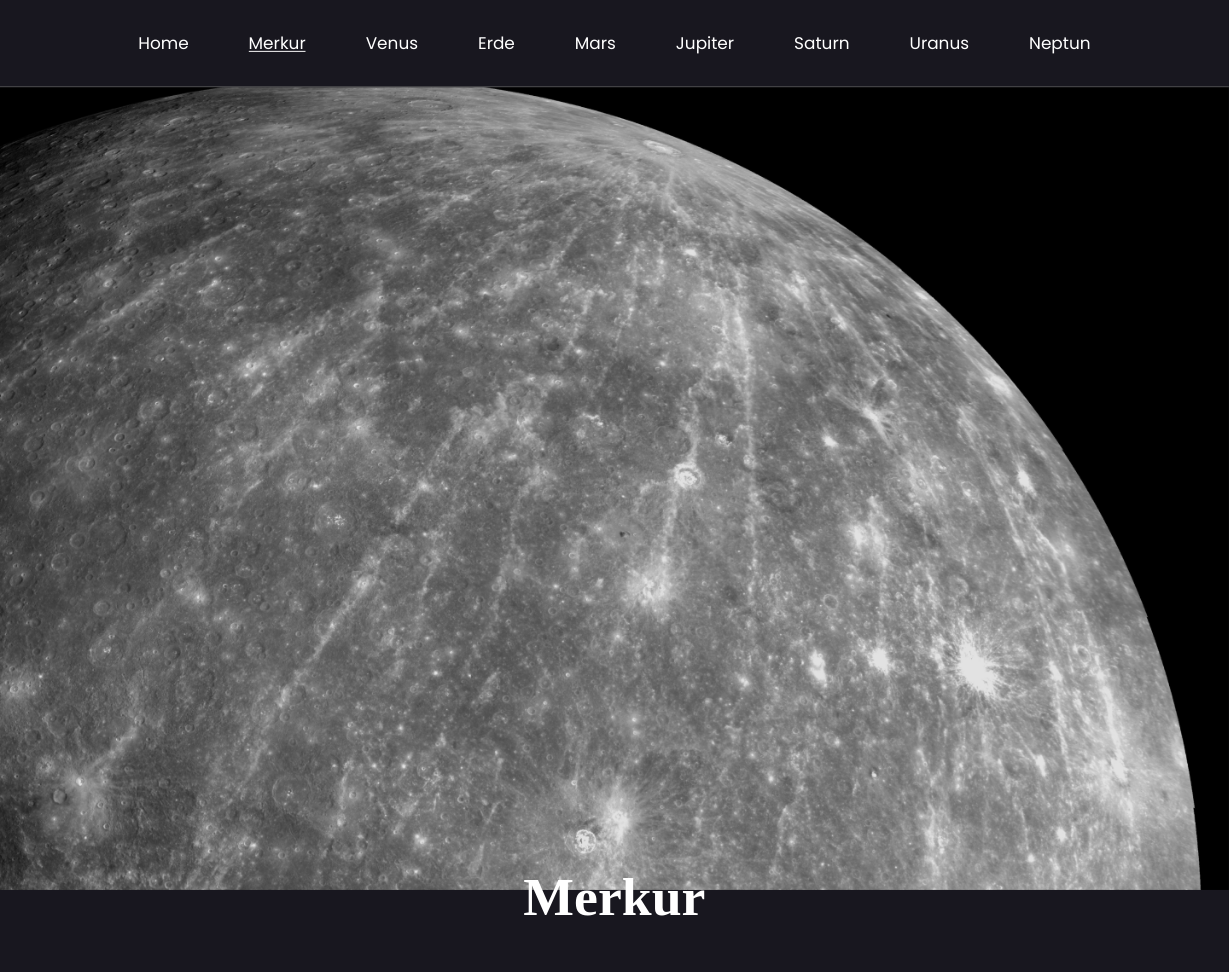
Repository: moreno-livak/solar
Page: dist/html/merkur.html
These files come from the project's save history. The page is drawn as it stood at one moment and after the next save; the edit follows.
The browser window is 1280 px wide. The pictures show the whole page, at 96% of full size.
The style sheet was rebuilt from its Sass, Less or Tailwind sources for each picture, by a compiler version that may differ from the author's.

Above is the page before, as saved 2022-05-07 12:46:01.
Console error: TypeError: Cannot read properties of null (reading 'getAttribute')

After the next save:
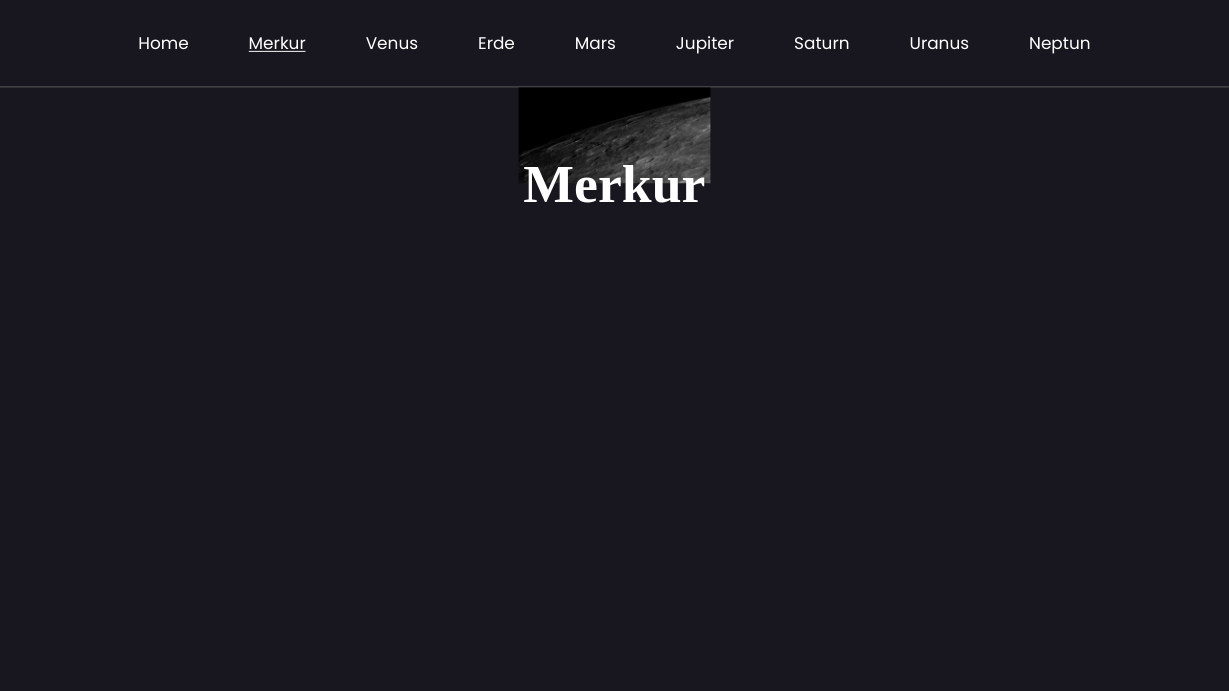
Saved 20 s later.
--- a/src/scss/home.scss
+++ b/src/scss/home.scss
@@ -504,8 +504,10 @@ div.sketchfab-embed-wrapper{
   .header{
     display: grid;
     place-items: center;
-    img{
-      width: 100%;
+    .image-header{
+        height: 100px;
+        width: 200px;
+        overflow: hidden;
     }
     h1{
         font-size: $main-title;
